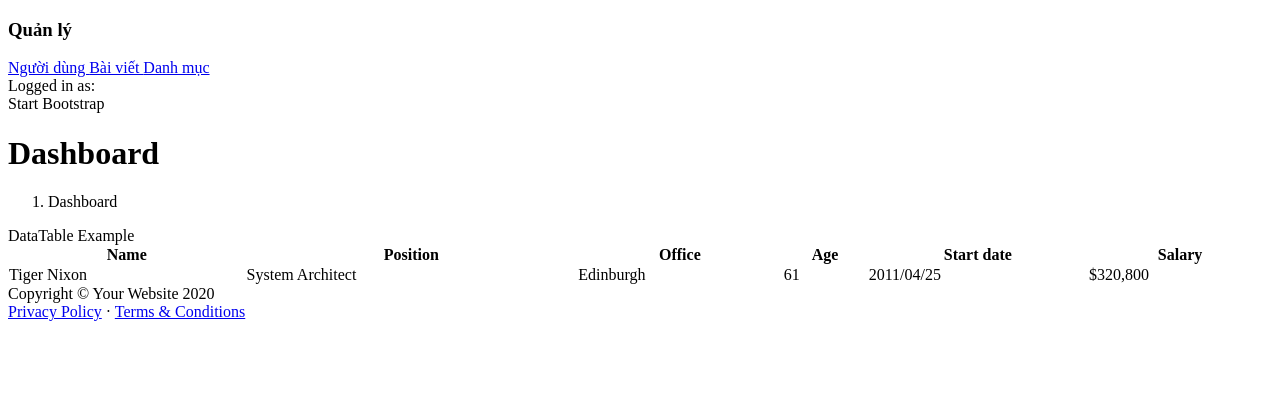
Repository: tampkqn123/springmvc-news
Page: http://localhost/web-news-springmvc/WEB-INF/views/admin/home.jsp
An editor plug-in stored every save of this project. The page is shown before and after the next save, followed by the edit.
The browser window is 1280 px wide. The pictures show the whole page.
The page is served by Tomcat 9. Nobody is signed in. The template is opened directly, without the code that normally fills it, so the values that code supplies are empty.

Above is the page before, as saved 2020-09-10 05:01:43.

After the next save:
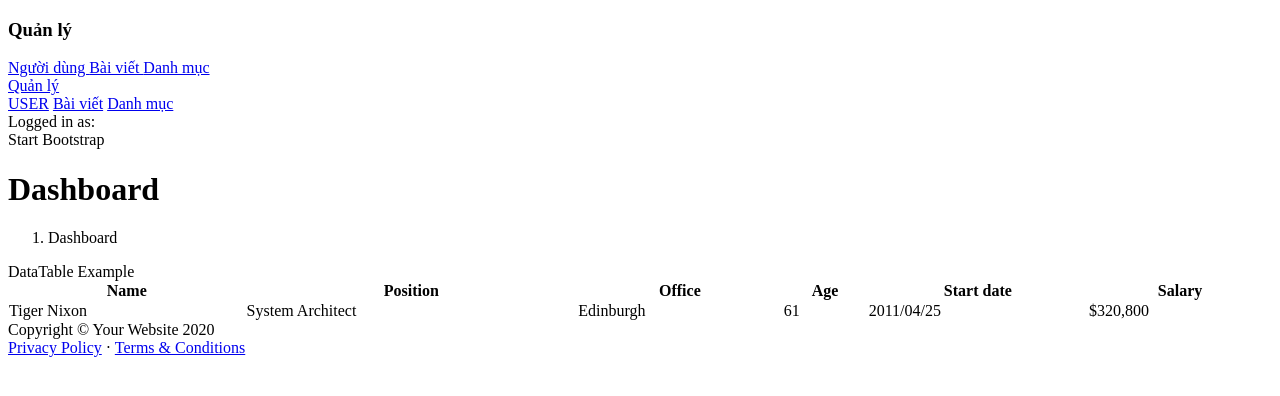
Saved 4 min 32 s later.
--- a/web-news-springmvc/src/main/webapp/WEB-INF/views/admin/home.jsp
+++ b/web-news-springmvc/src/main/webapp/WEB-INF/views/admin/home.jsp
@@ -25,6 +25,23 @@
 						</a>
 
 					</div>
+
+					<div class="collapse" id="collapsePages" aria-labelledby="headingTwo" data-parent="#sidenavAccordion">
+                                <nav class="sb-sidenav-menu-nested nav accordion" id="sidenavAccordionPages">
+                                    <a class="nav-link collapsed" href="#" data-toggle="collapse" data-target="#pagesCollapseAuth" aria-expanded="false" aria-controls="pagesCollapseAuth">
+                                        Quản lý
+                                        <div class="sb-sidenav-collapse-arrow"><i class="fas fa-angle-down"></i></div>
+                                    </a>
+                                    <div class="collapse" id="" aria-labelledby="headingOne" data-parent="#sidenavAccordionPages">
+                                        <nav class="sb-sidenav-menu-nested nav">
+                                            <a class="nav-link" href="#">USER</a>
+                                            <a class="nav-link" href="#">Bài viết</a>
+                                            <a class="nav-link" href="#">Danh mục</a>
+                                        </nav>
+                                    </div>
+
+                                </nav>
+                            </div>
 				</div>
 				<div class="sb-sidenav-footer">
 					<div class="small">Logged in as:</div>

After the save that followed:
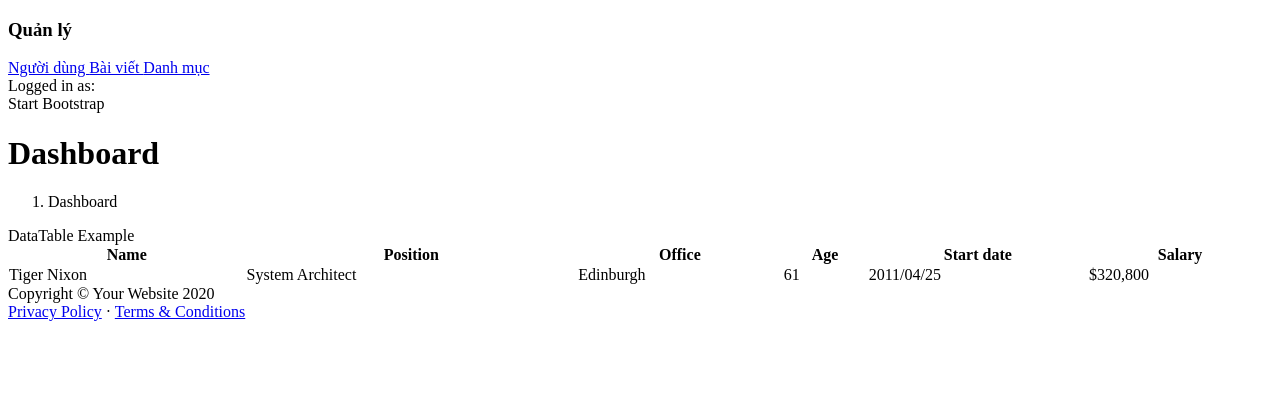
Saved 51 s later.
--- a/web-news-springmvc/src/main/webapp/WEB-INF/views/admin/home.jsp
+++ b/web-news-springmvc/src/main/webapp/WEB-INF/views/admin/home.jsp
@@ -26,22 +26,6 @@
 
 					</div>
 
-					<div class="collapse" id="collapsePages" aria-labelledby="headingTwo" data-parent="#sidenavAccordion">
-                                <nav class="sb-sidenav-menu-nested nav accordion" id="sidenavAccordionPages">
-                                    <a class="nav-link collapsed" href="#" data-toggle="collapse" data-target="#pagesCollapseAuth" aria-expanded="false" aria-controls="pagesCollapseAuth">
-                                        Quản lý
-                                        <div class="sb-sidenav-collapse-arrow"><i class="fas fa-angle-down"></i></div>
-                                    </a>
-                                    <div class="collapse" id="" aria-labelledby="headingOne" data-parent="#sidenavAccordionPages">
-                                        <nav class="sb-sidenav-menu-nested nav">
-                                            <a class="nav-link" href="#">USER</a>
-                                            <a class="nav-link" href="#">Bài viết</a>
-                                            <a class="nav-link" href="#">Danh mục</a>
-                                        </nav>
-                                    </div>
-
-                                </nav>
-                            </div>
 				</div>
 				<div class="sb-sidenav-footer">
 					<div class="small">Logged in as:</div>
